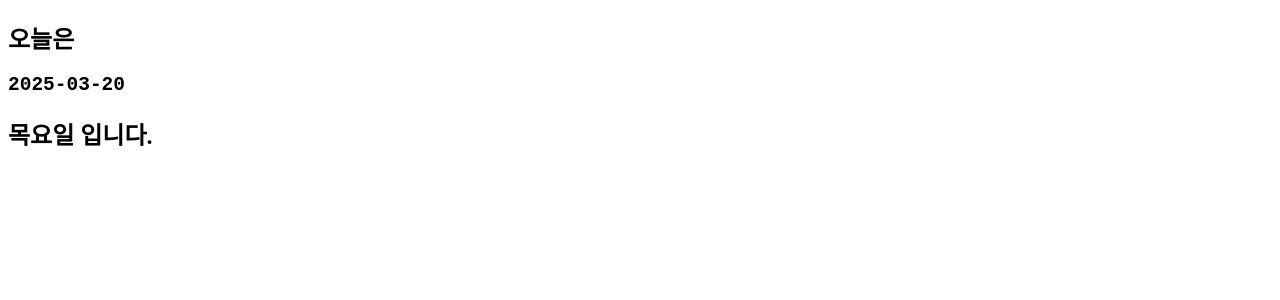
Repository: yoonseo0832/workspace
Page: 05_server/00_Practice/src/main/webapp/views/practice2_pizza.html
These files come from the project's save history. The page is drawn as it stood at one moment and after the next save; the edit follows.
The browser window is 1280 px wide. The pictures show the whole page.

Above is the page before, as saved 2025-03-20 05:05:01.

After the next save:
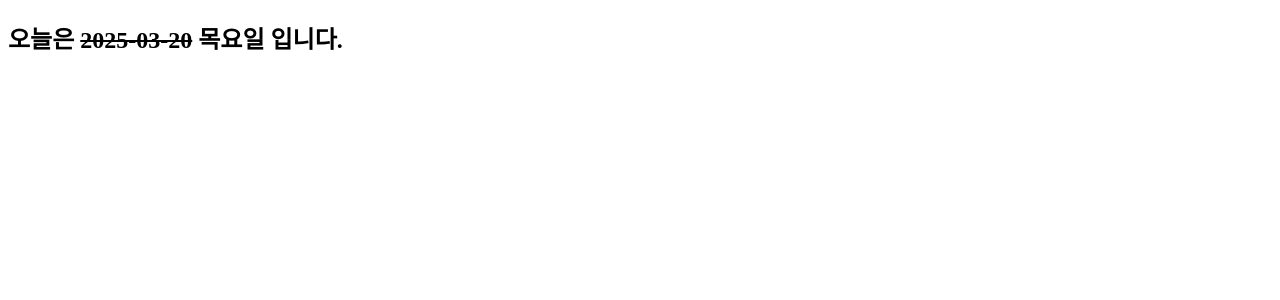
Saved 17 s later.
--- a/05_server/00_Practice/src/main/webapp/views/practice2_pizza.html
+++ b/05_server/00_Practice/src/main/webapp/views/practice2_pizza.html
@@ -5,6 +5,6 @@
 <title>연습2</title>
 </head>
 <body>
-	<h2>오늘은 <pre>2025-03-20</pre> 목요일 입니다.</h2>
+	<h2>오늘은 <s>2025-03-20</s> 목요일 입니다.</h2>
 </body>
 </html>
